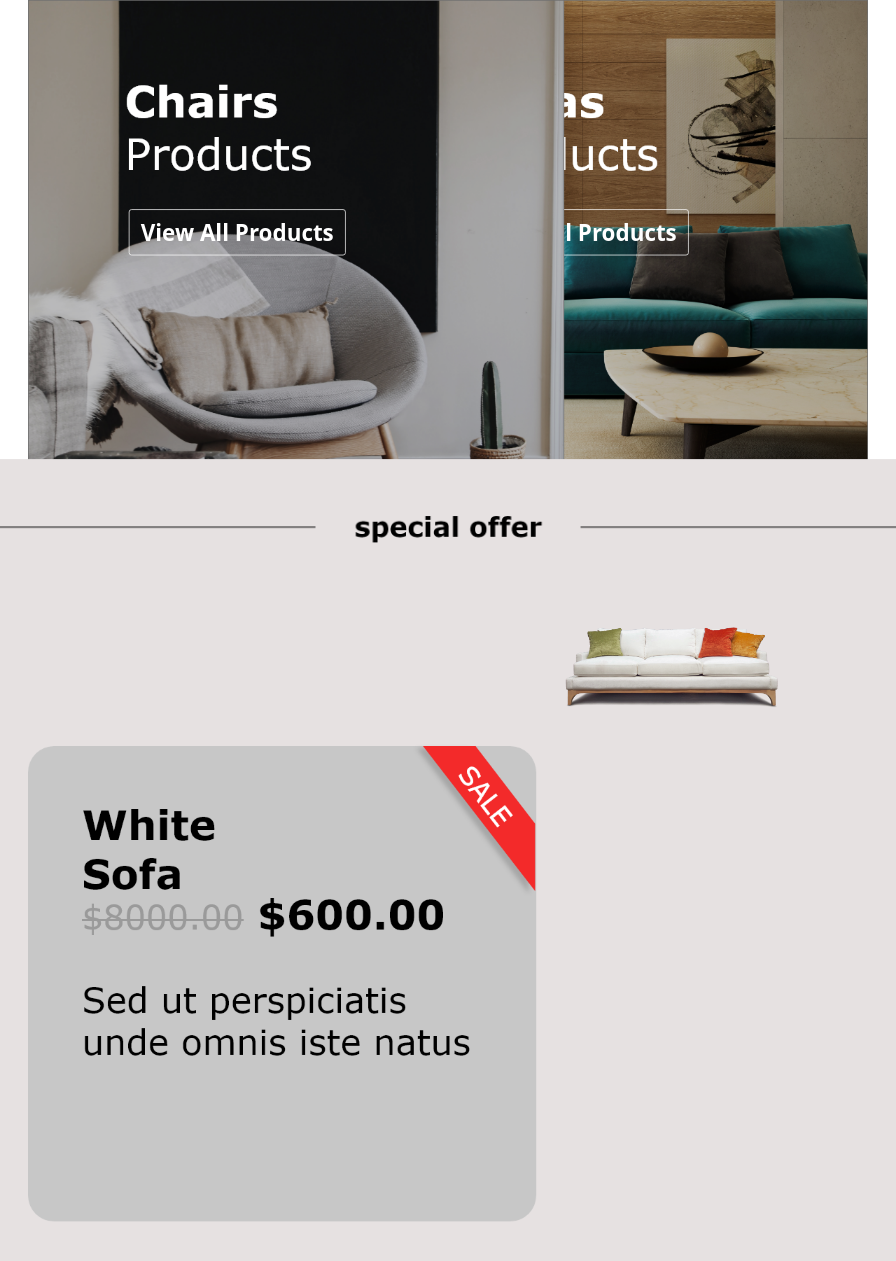
Repository: MEROO1010/creative_home
Page: /
The author's editor kept a copy of each file at every save. The page is drawn from the files as they stood at one save, then again after the next save.
The browser window is 1280 px wide. The pictures show the part of the page from y = 977 to 2897 px (the page is 2779 px tall before and 2897 px after), at 70% of full size.
The project was rebuilt for these pictures with package versions that can differ from the ones it lists, and the page was loaded fresh each time. The framework's server and built-in components were replaced by stand-ins that run in the browser. Also part of the build but not shown: next.config.js.

Above is the page before, as saved 2022-12-12 09:59:40.

After the next save:
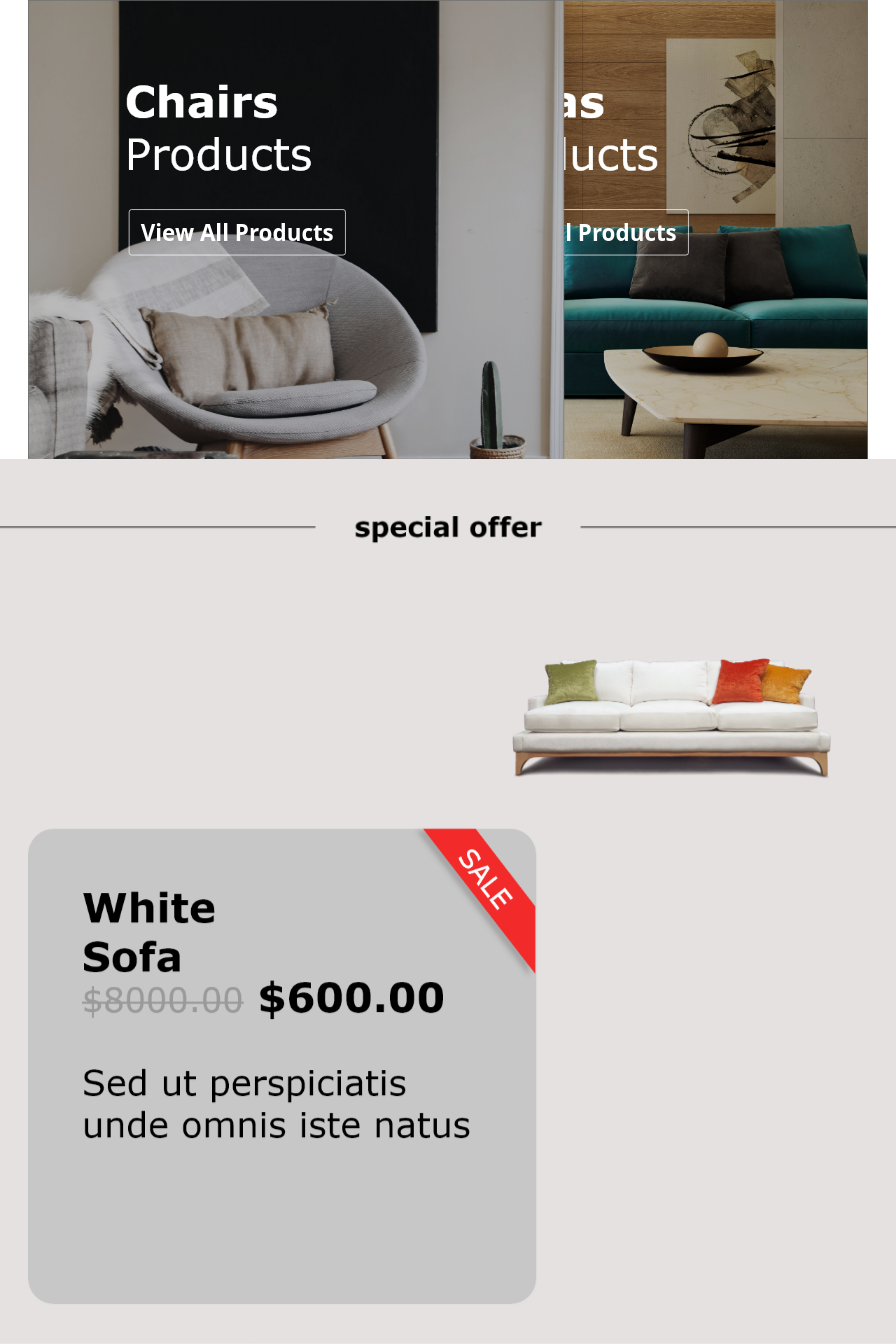
Saved 4 s later.
--- a/components/SpecialOffer.tsx
+++ b/components/SpecialOffer.tsx
@@ -16,7 +16,7 @@
 
          </div>
 
-         <div className='  relative mx-80 left-80 px-40'>
+         <div className='  relative mx-60 left-80 px-40'>
           <Image src={sofa2} alt=''/>
 
          </div>

After the save that followed:
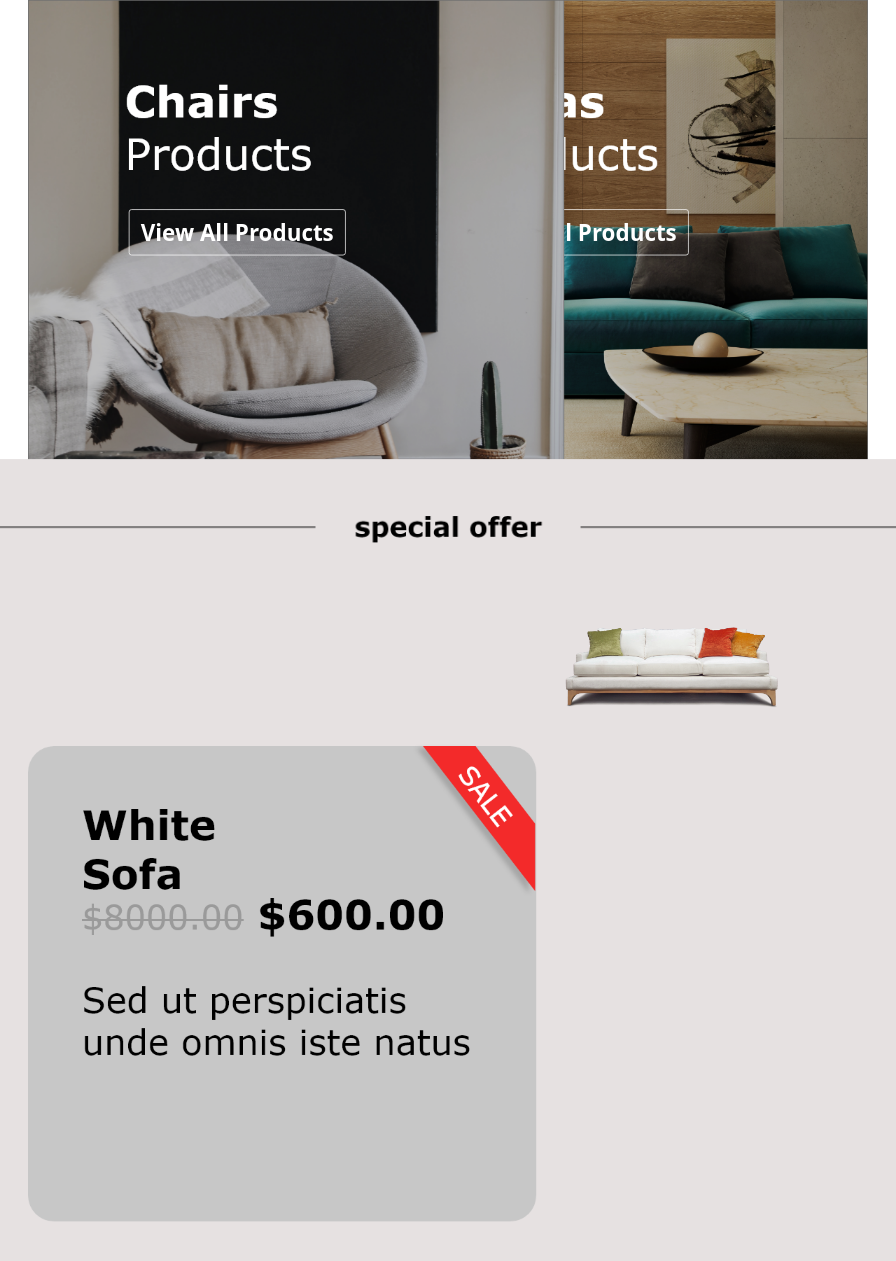
Saved 5 s later.
--- a/components/SpecialOffer.tsx
+++ b/components/SpecialOffer.tsx
@@ -16,7 +16,7 @@
 
          </div>
 
-         <div className='  relative mx-60 left-80 px-40'>
+         <div className='  relative mx-80 left-80 px-40'>
           <Image src={sofa2} alt=''/>
 
          </div>
